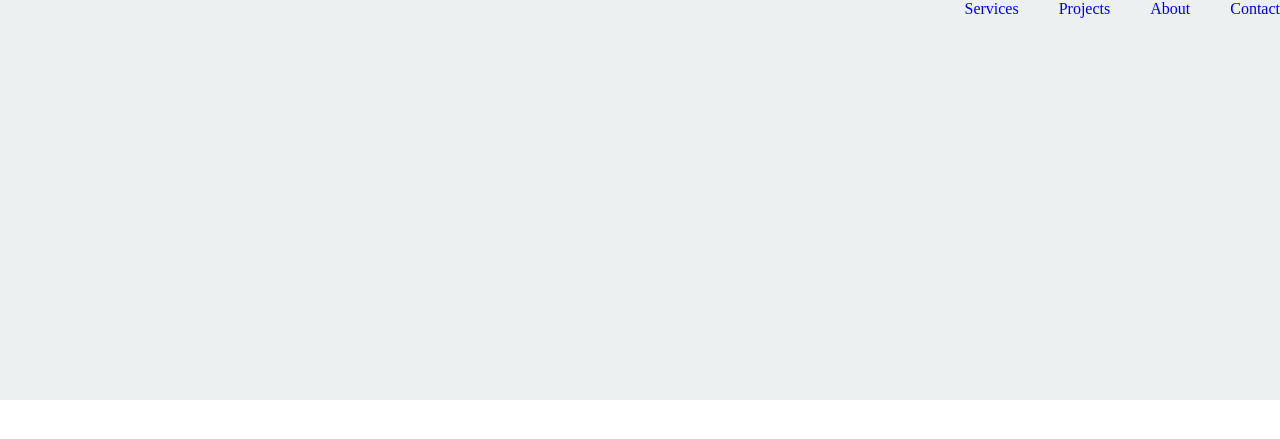
Repository: arifshahriyarnader/css-flexbox
Page: Exercise 1/index.html
The author's editor kept a copy of each file at every save. The page is drawn from the files as they stood at one save, then again after a run of saves.
The browser window is 1280 px wide. The pictures show the whole page.

Above is the page before, as saved 2024-06-15 13:03:53.

After the next 3 saves:
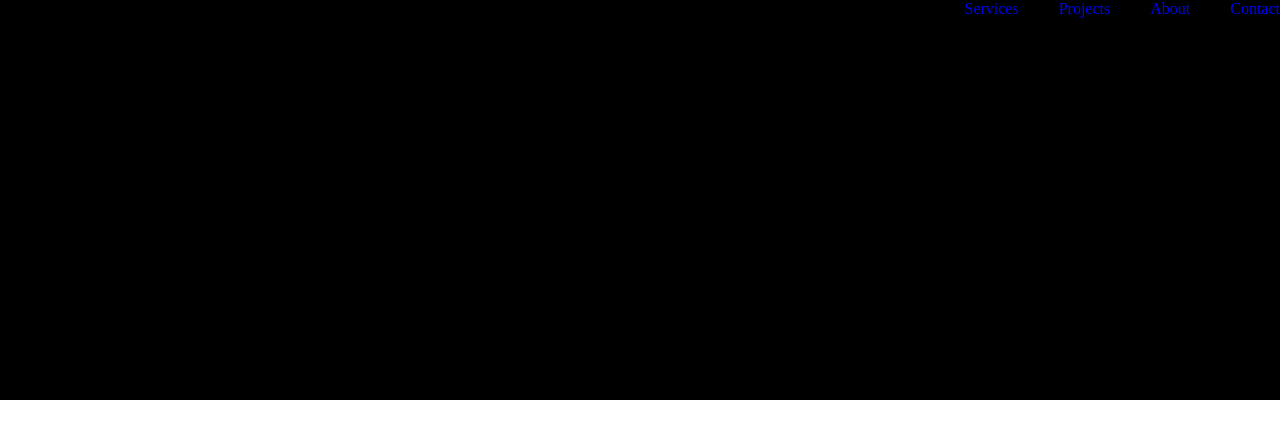
The 3 saves are shown as one change because they came seconds apart.
The last was saved 25 s later.
--- a/Exercise 1/css/style.css
+++ b/Exercise 1/css/style.css
@@ -10,7 +10,7 @@
     text-decoration: none;
 }
 .menubar_sec{
-    background-color: #ECF0F1;
+    background-color: black;
     min-height:400px;
     display:flex;
     justify-content: space-between;
